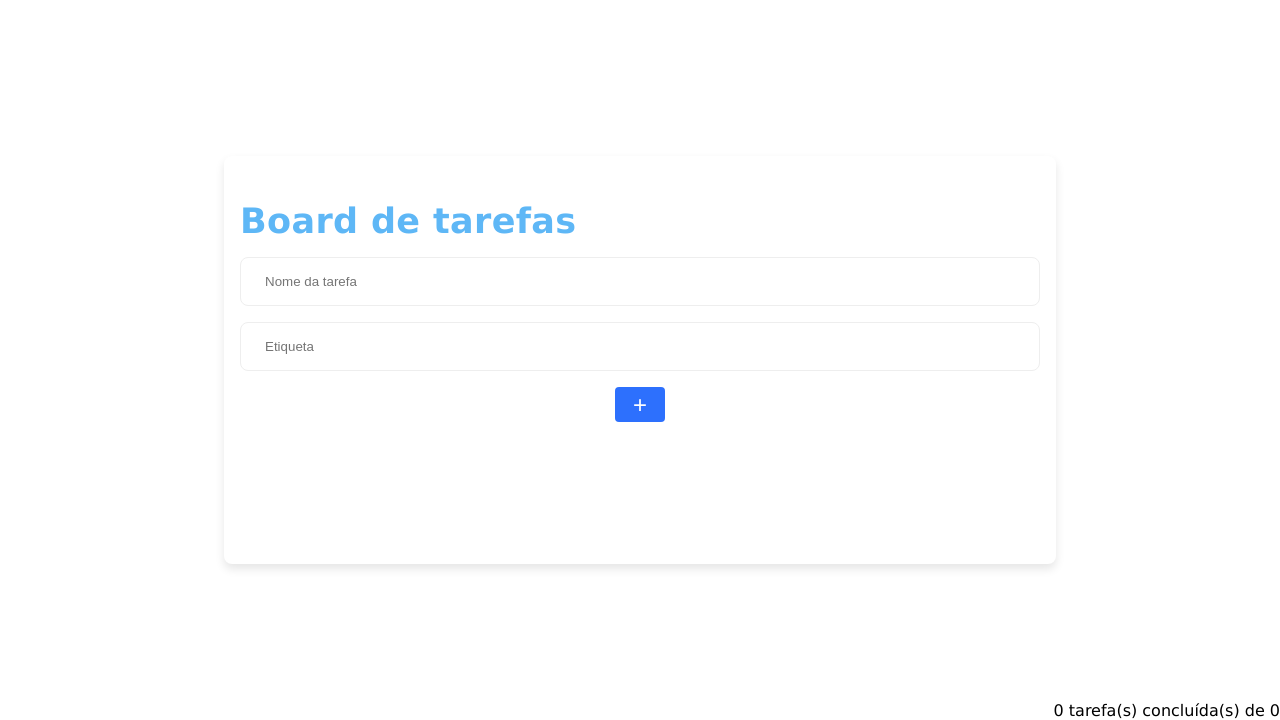
Repository: elasoares/RID187500_Desafio3
Page: index.html
An editor plug-in stored every save of this project. The page is shown before and after the next save, followed by the edit.
The browser window is 1280 px wide. The pictures show the whole page.

Above is the page before, as saved 2024-12-03 19:24:05.

### index.html
<!DOCTYPE html>
<html lang="pt">
<head>
    <meta charset="UTF-8">
    <meta name="viewport" content="width=device-width, initial-scale=1.0">
    <title>To-Do</title>
    <link rel="stylesheet" href="style.css">
<body>
    <main>
        <header>
            <h1>Board de tarefas</h1>
        </header>
        <section id="create-todo-section">
            <form id="create-todo-form">
                <input
                type="text"
                id="descricao"
                name="descricao"
                placeholder="Nome da tarefa"
                aria-label="Nome da tarefa"
                class="input-nome-tarefa"
            />
            <input
                type="text"
                id="etiqueta"
                name="etiqueta"
                placeholder="Etiqueta"
                aria-label="Etiqueta"
                class="input-etiqueta"
            />
            <div class="container-btn">
                <button type="submit" aria-label="Cadastrar tarefa" class="add-tarefa-btn">+</button>
            </div>
            </form>
        </section>
        <section class="todo-list-section">
            <ul id="todo-list">
            </ul>
        </section>
        <footer id="todo-footer">

        </footer>
    </main>
    <script src="js.js"></script>
</body>
</html>

### style.css
html {
    width: 100%;
    height: auto;

    box-sizing: border-box;
    font-size: 10px;
    font-family: 'Lucida Sans Regular', 'Lucida Grande', 'Lucida Sans Unicode';
}

body {
    width: 100%;
    height: 100vh;
    margin: 0;
    padding: 0;
    display: flex;
    justify-content: center;
    align-items: center;
}

header{
    width: 100%;
}

    h1 {
    font-family: 'Lucida Sans Regular', 'Lucida Grande', 'Lucida Sans Unicode';
    font-size: 32px;
    font-weight: 600;
    line-height: 37.92px;
    letter-spacing: 0.01em;
    text-align: left;
    text-underline-position: from-font;
    text-decoration-skip-ink: none;
    color: #000;
}

main {
    width: 100%;
    height: 50%;
    max-width: 42rem;
    background-color: #fff;
    border-radius: 0.8rem;
    padding: 3rem 2.4rem;
    box-shadow: 0 0.5rem 1rem rgba(0, 0, 0, 0.1);
    display: flex;
    justify-content: flex-start;
    align-items: center;
    flex-direction: column;

}


.todo-list-section {
    display: flex;
    flex-direction: column;
    align-items: center;
    justify-content: center;
    width: 100%;
    height: auto;
    gap: 8px;
}

.todo-list-section ul {
    padding-inline-start: 0;
    height: 20rem;
    overflow: auto;
    width: 100%;
    display: flex;
    flex-direction: column;
    align-items: center;
    justify-content: center;
    height: auto;
    gap: 8px;
}

.todo-list-section ul li {
    width: 80%;
    height: 120px;
    padding: 24px 32px 24px 32px;
    margin-top: 5px;
    border-radius: 16px;
    border: 1px solid #EEEEEE;
    list-style: none;
    display: flex;
    flex-direction: column;
    align-items: flex-start;
    justify-content: center;
    gap: 16px;
}

.todo-list-section ul li:last-child {
    margin-bottom: 0;
}



.complete-task-btn {
    background: #2D70FD;
    width: 121px;
    height:44px;
    padding: 12px 24px 12px 24px;
    gap: 8px;
    border-radius: 4px;
    border: 1px solid #2D70FD;
    color: #fff;
    font-family: 'Lucida Sans Regular', 'Lucida Grande', 'Lucida Sans Unicode';
    font-size: 18px;
    font-weight: 500;
    text-align: center;
    align-self: center;
}




#create-todo-section {
    width: 100%;
    height: 150px;
    display: flex;
    flex-direction: column;
    align-items: flex-start;
    justify-content: center;
}

#create-todo-form {
    font-size: 1.6rem;
    display: flex;
    flex-direction: column;
    width: 100%;
    gap: 16px;
}
input{
    width: Fill (311px)px;
    height: Fixed (50px)px;
    padding: 16px 24px 16px 24px;
    gap: 10px;
    border-radius: 8px;
    border: 1px solid #EEEEEE

}

input:focus {
    border: 1px solid #5eb7f6;
}



.container-btn{
    display: flex;
    align-items: center;
    justify-content: center;
    width: 100%;
}

.add-tarefa-btn {
    width: 100%;
    height: 4rem;
    color: #fff;
    background-color: #2D70FD;
    border-radius: 4px;
    font-size: 2.4rem;
    cursor: pointer;
    border: none;
}

.add-tarefa-btn:hover {
    opacity: 0.8;
}


.task-details{
    display: flex;
    align-items: flex-start;
    justify-content: center;
    flex-direction: column;
    gap: 5px;
}

.task-text{
    font-family: 'Lucida Sans Regular', 'Lucida Grande', 'Lucida Sans Unicode';
    font-size: 16px;
    font-weight: 500;
    line-height: 17.6px;
    letter-spacing: 0.01em;
    text-underline-position: from-font;
    text-decoration-skip-ink: none;

}

.todo-item.completed .task-text {
    text-decoration: line-through;
    color: #bbbbbb;
    font-family: 'Lucida Sans Regular', 'Lucida Grande', 'Lucida Sans Unicode';
    font-size: 16px;
    font-weight: 500;
    line-height: 17.6px;
    letter-spacing: 0.01em;
    text-decoration-line: line-through;
    text-underline-position: from-font;
    text-decoration-skip-ink: none;

}

.todo-item.completed .task-completed-icon {
    font-size: 1.6rem;
    color: #fff;
    align-self: center;
    width: 32px;
    height: 32px;
    border-radius: 32px;
    background: #00D8A7;
    display: flex;
    align-items: center;
    justify-content: center;
}

.task-label {
    width: 67px;
    height: 21px;
    border-radius: 16px;
    border: 1px 0px 0px 0px;
    background: #FFFFFF;
    border: 1px solid #b2bec3;
    display: flex;
    align-items: center;
    justify-content: center;
    color: #b2bec3;
}

.task-date {
    font-size: 1rem;
    color: #b2bec3;
    margin-top: 0.4rem;
}


footer {
    width: 100%;
    display: flex;
    flex-direction: row-reverse;
    justify-content: space-between;
    font-size: 1.6rem;
    align-items: center;
    position: fixed;
    bottom: 0;
}

@media (min-width: 768px) {
    main {
        max-width: 50rem;
        padding: 2.4rem 1.6rem;
    }

    h1 {
        color: #da5c3e;
    }

    .todo-list-section ul li {
        font-size: 1.5rem;
    }

    .add-tarefa-btn {
        width: 5rem;
        height: 3.5rem;
    }

    #nome-tarefa {
        font-size: 1.5rem;
    }
    .remove-done-task-btn {
        font-size: 1.5rem;
        padding: 0 1rem;
    }
}

@media (min-width: 980px) {
    main {
        max-width: 80rem;
        padding: 2.4rem 1.6rem;
    }
    h1 {
        font-size: 3.5rem;
        color: #5eb7f6;
    }

    .remove-done-task-btn {
        font-size: 1.8rem;
        padding: 0 1rem;
    }
}

### js.js
const createTaskListItem = (tarefa) => {
    const lista = document.getElementById("todo-list");

    const toDo = document.createElement('li');
    toDo.className = `todo-item ${tarefa.checado ? 'completed' : ''}`;
    toDo.id = tarefa.id;

    // Criar o conteúdo da tarefa
    const taskDetails = document.createElement('span');
    taskDetails.className = 'task-details';
    taskDetails.innerHTML = `
        <span class="task-text ${tarefa.checado ? 'completed-text' : ''}">${tarefa.descricao}</span>
        <span class="task-label">${tarefa.etiqueta}</span>
        <span class="task-date">Criado em: ${tarefa.data}</span>

    `;


    if (!tarefa.checado) {
        const completeButton = document.createElement('button');
        completeButton.textContent = 'Concluir';
        completeButton.className = 'complete-task-btn';
        completeButton.onclick = () => markTaskAsCompleted(tarefa.id);

        toDo.appendChild(taskDetails);
        toDo.appendChild(completeButton);
    } else {
        const completedIcon = document.createElement('span');
        completedIcon.textContent = '✔';
        completedIcon.className = 'task-completed-icon';

        toDo.appendChild(taskDetails);
        toDo.appendChild(completedIcon);
    }

    lista.appendChild(toDo);
};

const markTaskAsCompleted = (taskId) => {
    const tarefas = getTasksFromLocalStorage();
    const updatedTasks = tarefas.map((task) => {
        if (task.id === taskId) {
            task.checado = true;
        }
        return task;
    });

    setTaskInLocalStorage(updatedTasks);


    const taskElement = document.getElementById(taskId);
    if (taskElement) {
        taskElement.remove();
    }
    const tarefa = updatedTasks.find((task) => task.id === taskId);
    createTaskListItem(tarefa);

    renderTaskProgressData(updatedTasks);
};

const getTasksFromLocalStorage = () => {
    const localTasks = JSON.parse(window.localStorage.getItem('tasks'));
    return localTasks ? localTasks : [];
};

const setTaskInLocalStorage = (tarefas) => {
    window.localStorage.setItem('tasks', JSON.stringify(tarefas));
};

const renderTaskProgressData = (tasks) => {
    const tasksProgress = document.getElementById('tasks-progress') || document.createElement('span');
    tasksProgress.id = 'tasks-progress';

    const doneTasks = tasks.filter(({ checado }) => checado).length;
    const totalTasks = tasks.length;

    tasksProgress.textContent = `${doneTasks} tarefa(s) concluída(s) de ${totalTasks}`;
    document.getElementById('todo-footer').appendChild(tasksProgress);
};

const createTask = (event) => {
    event.preventDefault();

    const descricao = event.target.elements.descricao.value;
    const etiqueta = event.target.elements.etiqueta.value;
    const id = new Date().getTime();
    const data = new Date().toLocaleDateString();
    const checado = false;

    const newTask = { id, descricao, etiqueta, data, checado };

    const tarefas = getTasksFromLocalStorage();
    const updatedTasks = [...tarefas, newTask];
    setTaskInLocalStorage(updatedTasks);

    createTaskListItem(newTask);
    event.target.reset(); // Limpar o formulário
    renderTaskProgressData(updatedTasks);
};

window.onload = () => {
    const form = document.getElementById('create-todo-form');
    form.addEventListener('submit', createTask);

    const tarefas = getTasksFromLocalStorage();
    tarefas.forEach((tarefa) => createTaskListItem(tarefa));
    renderTaskProgressData(tarefas);
};

After the next save:
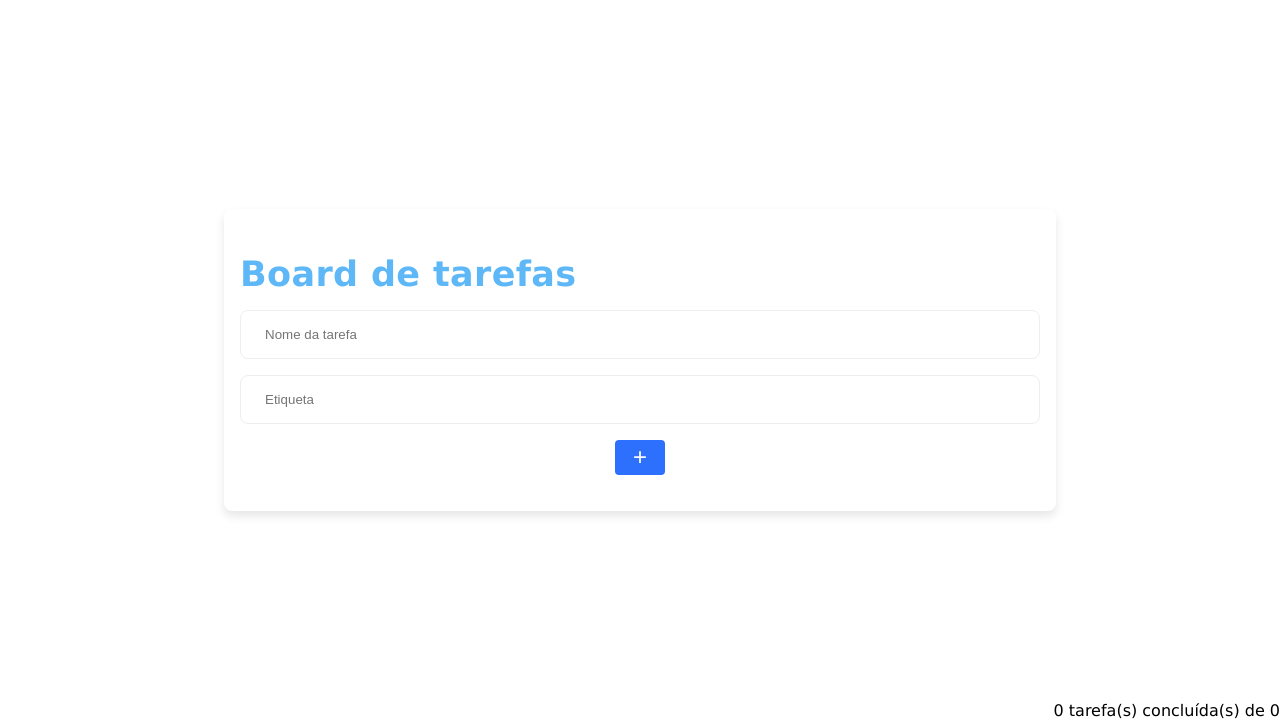
Saved 9 s later.
--- a/style.css
+++ b/style.css
@@ -35,7 +35,7 @@ header{
 
 main {
     width: 100%;
-    height: 50%;
+    height: auto;
     max-width: 42rem;
     background-color: #fff;
     border-radius: 0.8rem;
